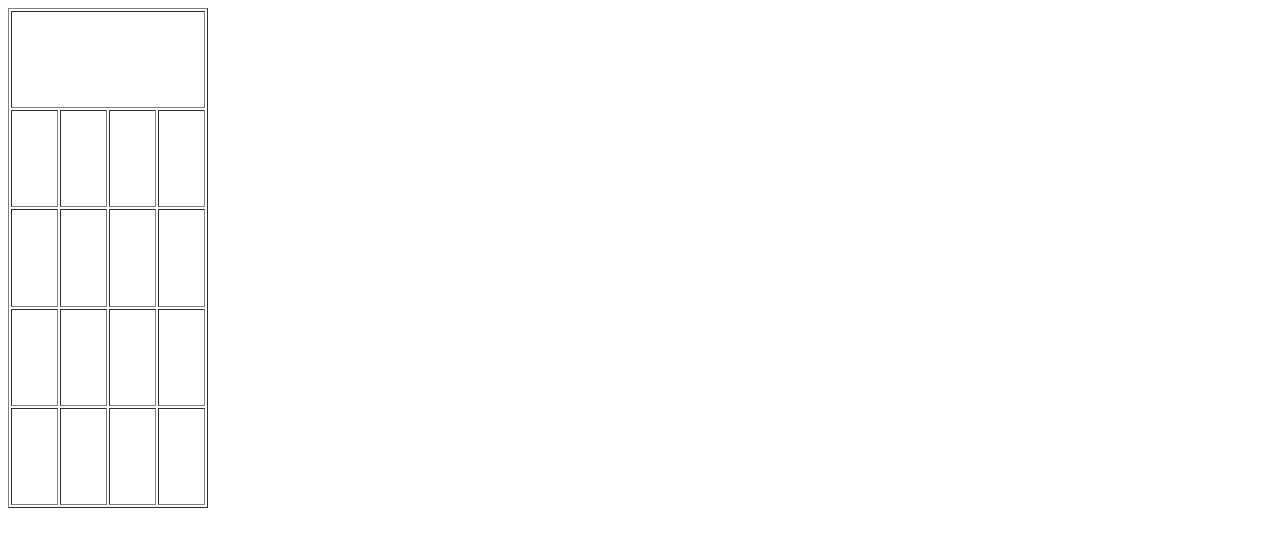
Repository: rmsudrmsud/SourceTree
Page: html/src/main/webapp/js/7.html
These files come from the project's save history. The page is drawn as it stood at one moment and after the next save; the edit follows.
The browser window is 1280 px wide. The pictures show the whole page.

Above is the page before, as saved 2022-11-21 05:12:25.

After the next save:
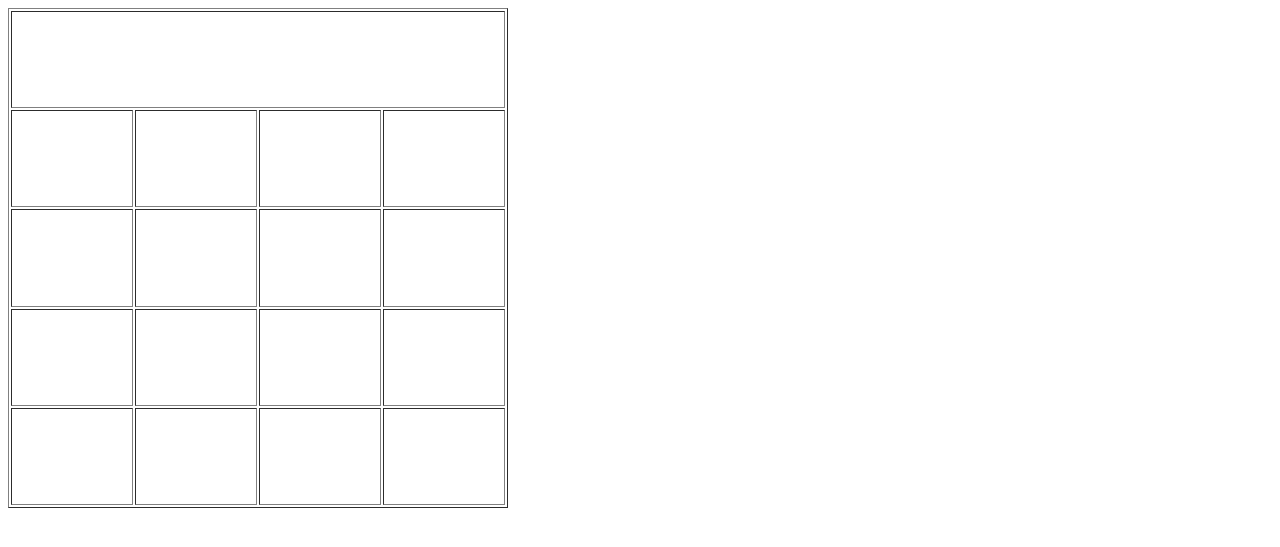
Saved 7 s later.
--- a/html/src/main/webapp/js/7.html
+++ b/html/src/main/webapp/js/7.html
@@ -8,7 +8,7 @@
 <title>Insert title here</title>
 </head>
 <body>
-<table border="1" width=200px; height=500px;>
+<table border="1" width=500px; height=500px;>
 <tr><td colspan="4"></td></tr>
 <tr><td></td><td></td><td></td><td></td></tr>
 <tr><td></td><td></td><td></td><td></td></tr>
